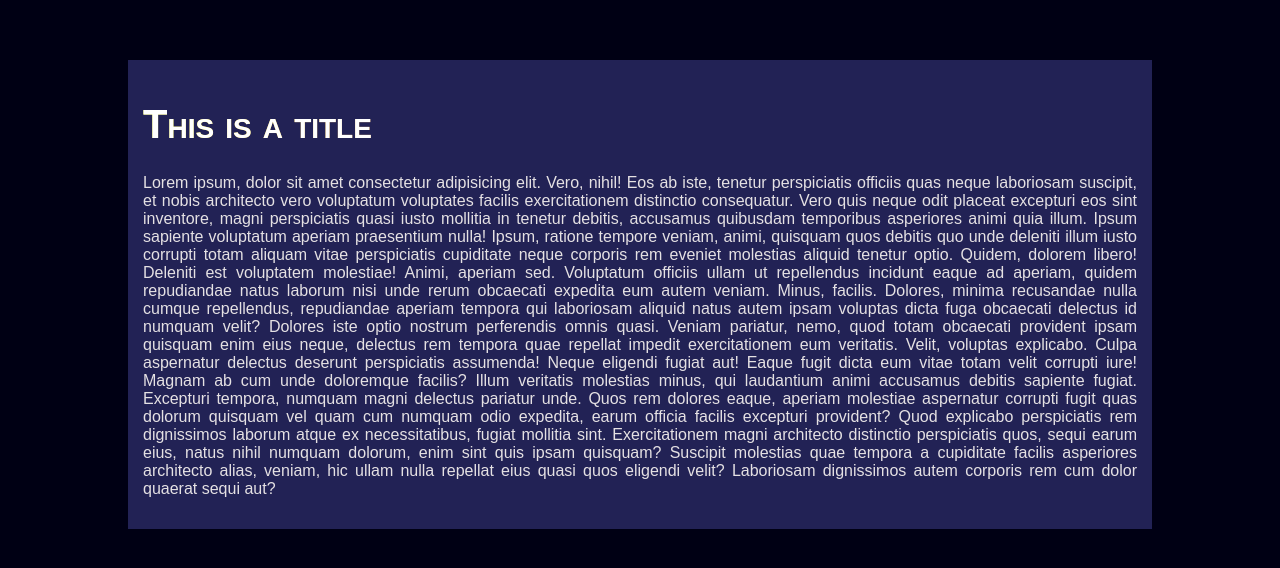
Repository: Francois-QUICODE/CSS-Micro-Projects
Page: Projects/01-Infinite-Gradient-Text.html
An editor plug-in stored every save of this project. The page is shown before and after the next save, followed by the edit.
The browser window is 1280 px wide. The pictures show the whole page.
Some web fonts or font styles are not loaded; a fallback is used.

Above is the page before, as saved 2020-11-28 10:54:20.

After the next save:
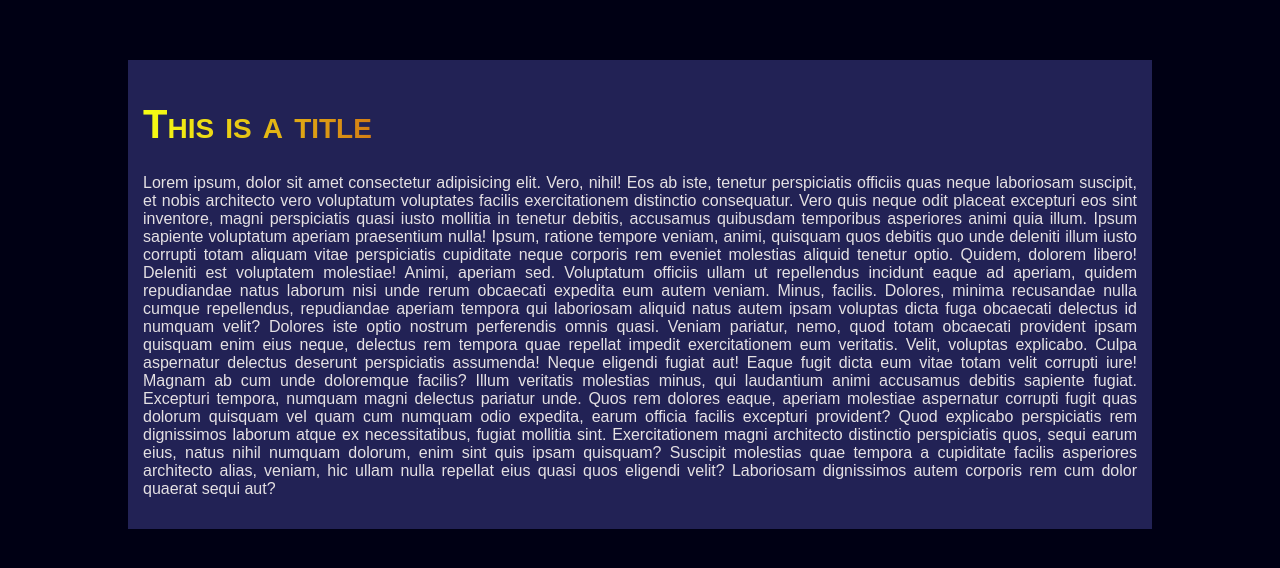
Saved 17 s later.
--- a/Projects/01-Infinite-Gradient-Text.html
+++ b/Projects/01-Infinite-Gradient-Text.html
@@ -71,8 +71,7 @@
     h1 {
       font-size: 40px;
       font-variant: small-caps;
-      color: #fff;
-      text-fill-color: transparent;
+      color: transparent;
       background: linear-gradient(
         90deg,
         rgba(247, 255, 0, 1) 0%,
